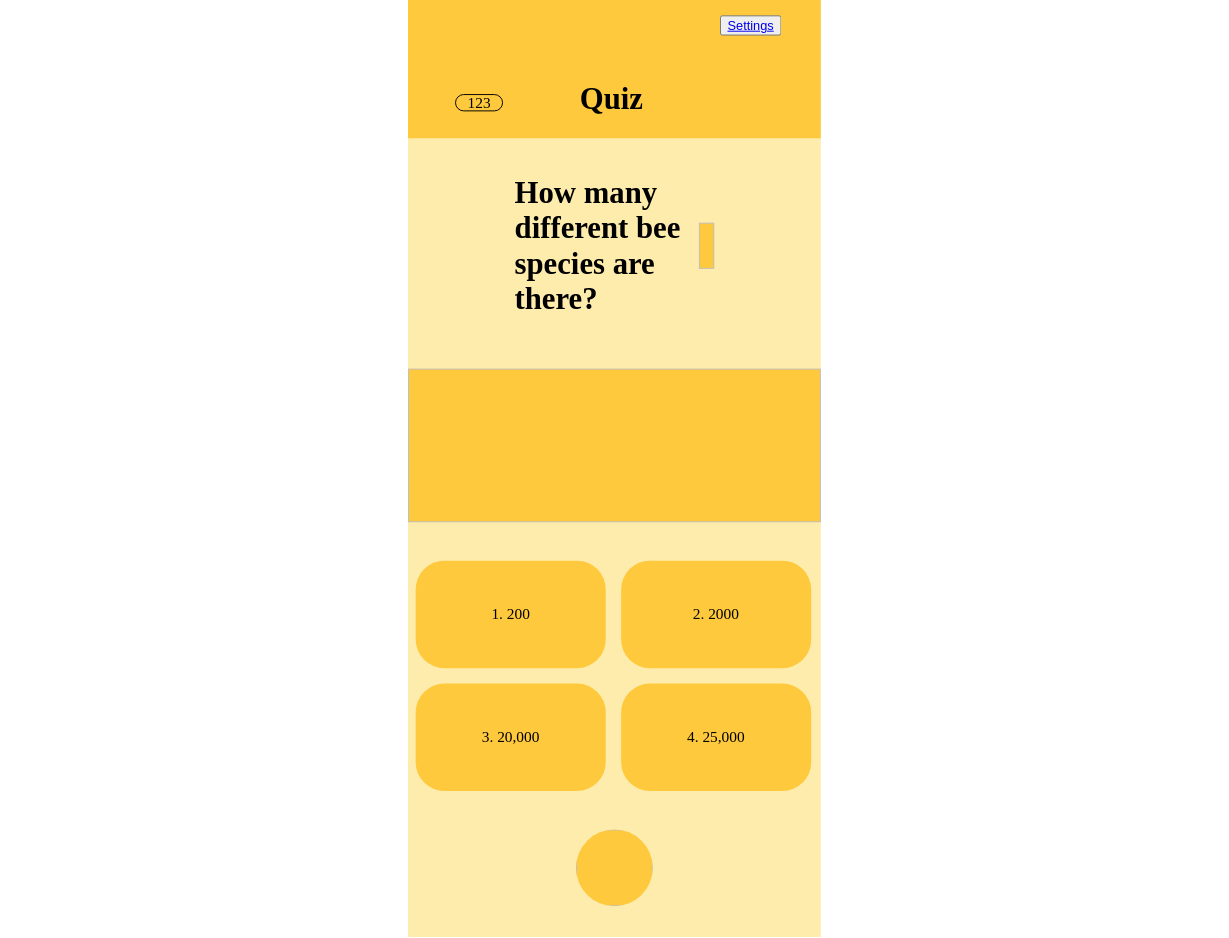
Repository: kellyzyhuang/HiveFive
Page: /Quiz
The author's editor kept a copy of each file at every save. The page is drawn from the files as they stood at one save, then again after the next save.
The browser window is 1280 px wide. The pictures show the whole page, at 96% of full size.
Some web fonts or font styles are not loaded; a fallback is used. The project was rebuilt for these pictures with package versions that can differ from the ones it lists, and the page was loaded fresh each time. The framework's server and built-in components were replaced by stand-ins that run in the browser. Also part of the build but not shown: next.config.js, components/QuizResults/QuizResults.module.css, components/QuizResults/index.js, components/QuizPopup/QuizPopup.module.css, components/QuizPopup/index.js.

Above is the page before, as saved 2024-04-07 14:58:14.

### pages/Quiz.js
import { useState } from "react";
import { quiz } from '../data/inventory.js';
import Header from "@/components/Header/index.js";
import styles from "@/styles/Quiz.module.css";
import QuizResults from "@/components/QuizResults";
import QuizPopup from "@/components/QuizPopup";

export default function Quiz() {
  const [currentQuestionNumber, setCurrentQuestionNumber] = useState(0);
  const [points, setPoints] = useState(0);
  const [popup, setPopup] = useState(false);
  const [isCorrectAnswer, setIsCorrectAnswer] = useState(false);
  const [correctAnswersTotal, setCorrectAnswersTotal] = useState(0);
  const [quizComplete, setQuizComplete] = useState(false);
  const currentQuestion = quiz.questions[currentQuestionNumber];

  const displayAnswer = (option) => {
    const isCorrect = option == currentQuestion.answer;
    setIsCorrectAnswer(isCorrect);
    setPopup(true);

    if (isCorrect) {
      setPoints(points + 5);
      setCorrectAnswersTotal(correctAnswersTotal + 1);
    }
  };

  const nextQuestion = () => {
    setPopup(false);
    const nextQuestionIndex = currentQuestionNumber + 1;

    if (nextQuestionIndex < quiz.questions.length) {
      setCurrentQuestionNumber(nextQuestionIndex);
    } else {
      setQuizComplete(true);
    }
  };

  const restartQuiz = () => {
    setCurrentQuestionNumber(0);
    setCorrectAnswersTotal(0);
    setQuizComplete(false);
  };

  if (quizComplete) {
    return <QuizResults
             correctAnswersTotal={correctAnswersTotal}
             questionCount={quiz.questions.length}
             onRestart={restartQuiz}
            />;
  };

  return (
    <>
      <div className={styles.screen}>
        <Header title="Quiz"/>
        <div className={styles.buffer}></div>
        <div className={styles.questionHead}>
          <h1 className={styles.question}>{currentQuestion.question}</h1>
          <img className={styles.speaker}/>
        </div>
        <img className={styles.gameBanner}/>
        <div className={styles.optionContainer}>
          {currentQuestion.options.map((option, index) => (
            <div key={index} className={styles.option} onClick={() => displayAnswer(option)}>
              <p>{index + 1}. {option}</p>
            </div>
          ))}
        </div>
        {popup && (
          <QuizPopup
            isCorrect={isCorrectAnswer}
            answer={currentQuestion.answer}
            onNextQuestion={nextQuestion}
          />
        )}
        <img className={styles.microphone}></img>
      </div>
    </>
  );
}

### styles/globals.css
:root {
  --secondary-color: #FEECAC;
  --accent-color: #FFC93D;
  --tertiary-color: #4D6A58;
  --black-text: #0000;
}

### data/inventory.js
export const quiz = {
  questions: [
    {
      id: 1,
      question: "How many different bee species are there?",
      options: ["200", "2000", "20,000", "25,000"],
      answer: "25,000",
    },
    {
      id: 2,
      question: "How fast can a honeybee fly?",
      options: ["5km/h", "10km/h", "24km/h", "20km/h"],
      answer: "24km/h",
    },
    {
      id: 3,
      question: "On average, how much honey does a honey bee worker produce in her lifetime?",
      options: ["1 cup", "1/12 tablespoon", "1 teaspoon", "1/12 teaspoon"],
      answer: "1/12 teaspoon",
    },
    {
      id: 4,
      question: "How many flower visits does it take to make one pound of honey?",
      options: ["200", "4000", "2,000,000", "200,000"],
      answer: "2,000,000",
    },
    {
      id: 5,
      question: "How many hours do honeybees sleep a night?",
      options: ["0", "3", "8", "12"],
      answer: "0",
    }
  ]
}

### components/Header/index.js
import styles from './Header.module.css';
import Image from 'next/image';
import Link from 'next/link';

export default function Header({ title }) {
  return(
    <header className={styles.header}>
      {/* <Image src="/images/bee.png" alt="bee icon" width={1} height={1}/>  */}
      <ul className={styles.list}>
        <li className={styles.listItem}>
          <div className={styles.counter}>123</div>
        </li>
        <li className={styles.listItem}>
          <h1 className={styles.pageTitle}>{title}</h1>
        </li>
        <li className={styles.listItem}>
          <button className={styles.settings}><Link href="/Settings">Settings</Link></button>
        </li>
      </ul>
    </header>
  )
}

### styles/Quiz.module.css
.screen {
    width: 430px;
    height: 100%;
    background-color: var(--secondary-color);
    margin: -7px auto;
    display: flex;
    flex-wrap: wrap;
    justify-content: center;
    font-style: "Lexend", sans-serif;
  }

  .question{
    font-style: "Lexend", sans-serif;
  }

  .buffer{
    height: 10rem;
    width: 100%;
  }

  .speaker {
    background-color: var(--accent-color);
    width: 3rem;
    height: 3rem;
  }

  .gameBanner {
    width: 100%;
    background-color: var(--accent-color);
    height: 10rem;
    margin: 2rem 0;
  }

  .questionHead {
    display: flex;
    width: 13rem;
    align-items: center;
    justify-content: space-between;
  }

  .option {
    width: 46%;
    height: 7rem;
    border-radius: 30px;
    margin: 0.5rem;
    background-color: var(--accent-color);
    display: flex;
    justify-content: center;
    align-items: center;
    font-style: "Lexend", sans-serif;
  }

  .optionContainer {
    display: flex;
    flex-wrap: wrap;
    width: 100%;
  }

  .microphone {
    background-color: var(--accent-color);
    height: 5rem;
    width: 5rem;
    margin: 2rem 0;
    border-radius: 50%;
  }

  .popup {
    position: fixed;
    top: 0;
    left: 0;
    width: 100%;
    height: 100%;
    background-color: rgba(0, 0, 0, 0.5);
    display: flex;
    justify-content: center;
    align-items: center;
    z-index: 10;
  }

  .popupContent {
    background: white;
    padding: 20px;
    border-radius: 10px;
    text-align: center;
  }

  .close {
    float: right;
    font-size: 28px;
  }

  .correct {
    color: green;
  }

  .incorrect {
    color: red;
  }

  .nextButton {
    padding: 10px;
    background-color: rgb(221, 166, 36);
    color: white;
    border: none;
    border-radius: 5px;
    cursor: pointer;
  }

### components/Header/Header.module.css
.header {
  background-color: var(--accent-color);
  height: 9rem;
  width: 430px;
  position: fixed;
  top: 0;
  z-index: 1000;
  display: flex;
  justify-content: center;
}

.list {
  list-style-type: none;
  display: flex;
}

.pageTitle {
  padding-top: 3rem;
  margin-right: 7rem;
}

.counter {
  border: 1px solid black;
  width: 3rem;
  height: 1rem;
  border-radius: 20px;
  background-color: none;
  display: flex;
  justify-content: center;
  margin-top: 5.1rem;
  margin-right: 5rem;
}

.settings {
  transform: translate(-2rem);
}

Loaded but not shown: pages/_app.js (common file); pages/_document.js (common file)

After the next save:
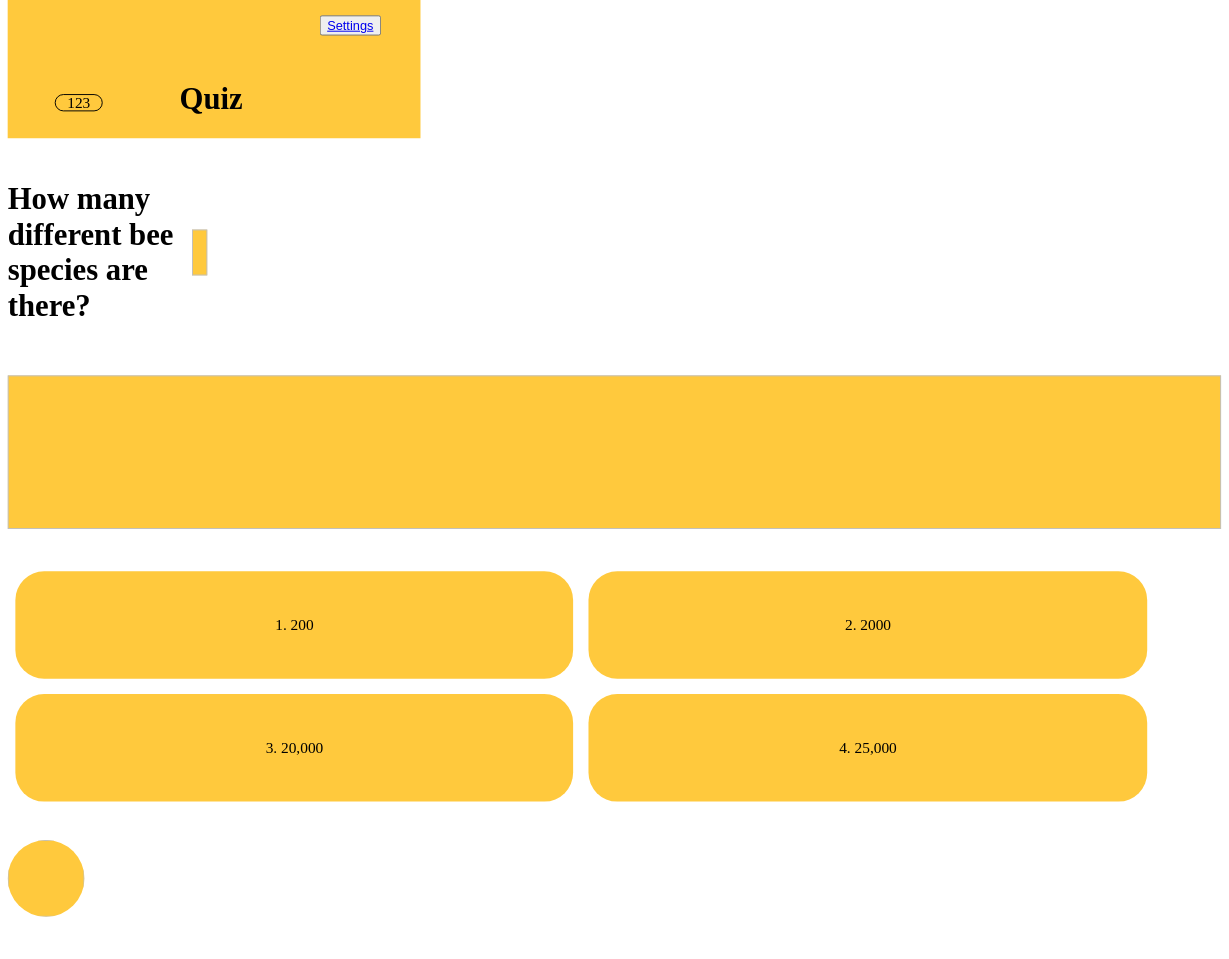
Saved 73 s later.
--- a/styles/Quiz.module.css
+++ b/styles/Quiz.module.css
@@ -1,3 +1,8 @@
+<style>
+@import url('https://fonts.googleapis.com/css2?family=Besley:ital,wght@0,400..900;1,400..900&family=Lexend:wght@100..900&display=swap')
+</style>
+
+
 .screen {
     width: 430px;
     height: 100%;

After the 2 saves that followed:
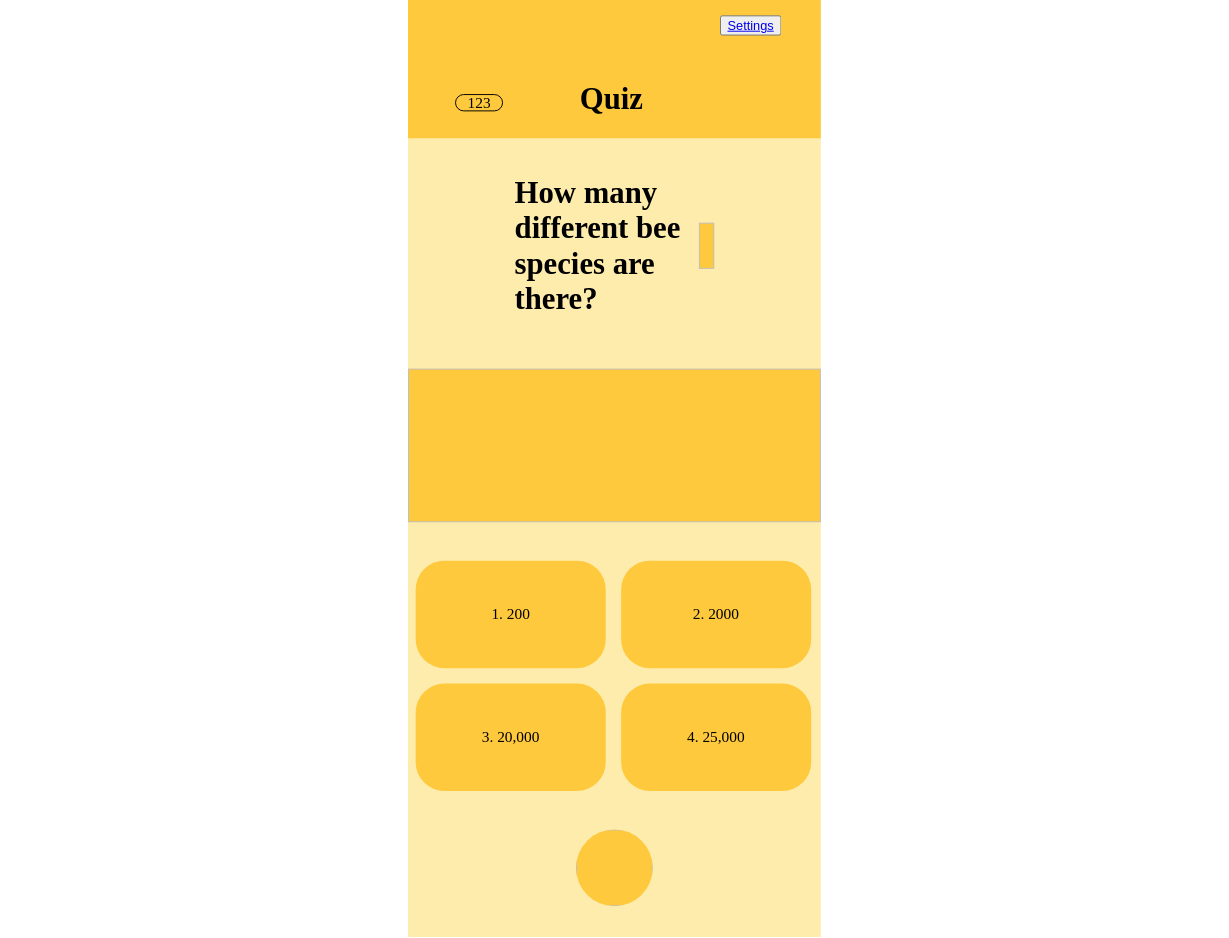
The 2 saves are shown as one change because 1 left the picture as it was.
The last was saved 15 s later.
--- a/styles/Quiz.module.css
+++ b/styles/Quiz.module.css
@@ -1,7 +1,4 @@
-<style>
-@import url('https://fonts.googleapis.com/css2?family=Besley:ital,wght@0,400..900;1,400..900&family=Lexend:wght@100..900&display=swap')
-</style>
-
+@import url('https://fonts.googleapis.com/css2?family=Besley:ital,wght@0,400..900;1,400..900&family=Lexend:wght@100..900&display=swap');
 
 .screen {
     width: 430px;
